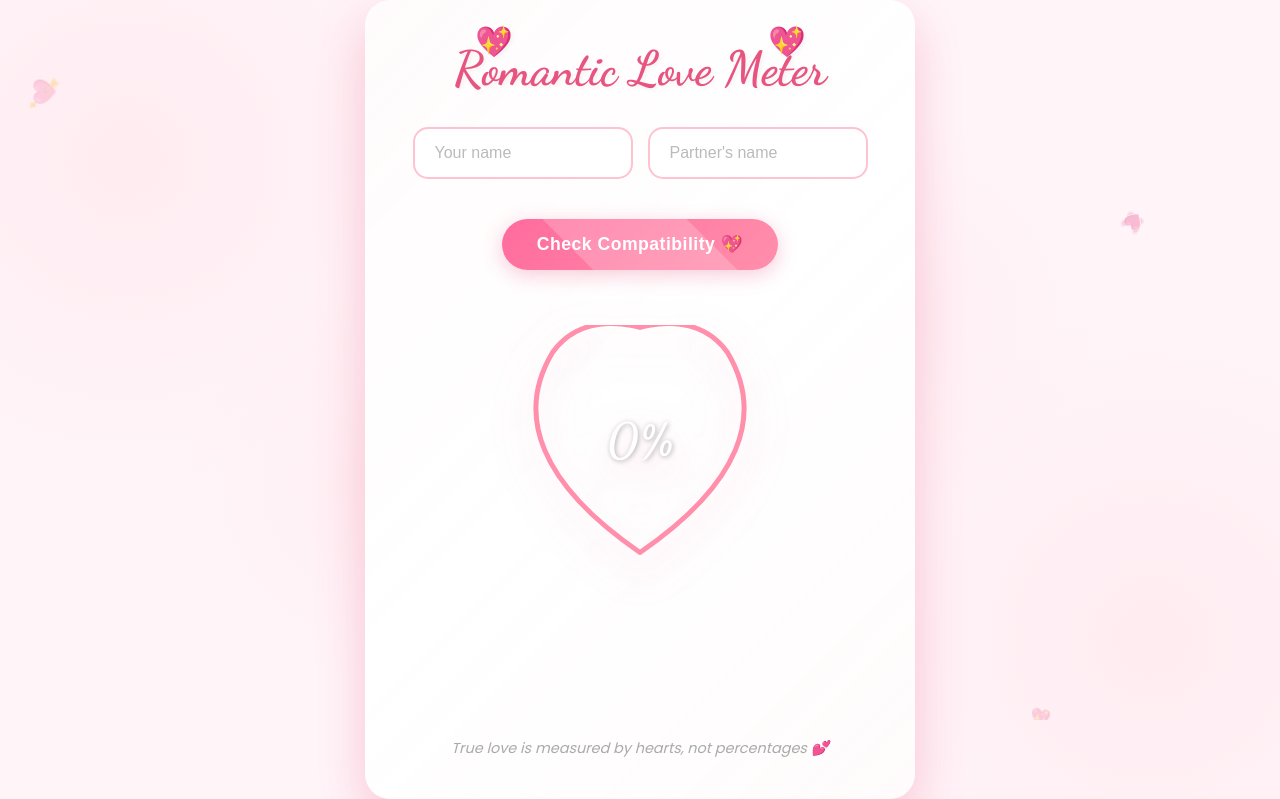
Repository: zhr-nabila/cek-jodoh
Page: cek.html
An editor plug-in stored every save of this project. The page is shown before and after the next save, followed by the edit.
The browser window is 1280 px wide. The pictures show the whole page.

Above is the page before, as saved 2025-06-10 00:19:23.

### cek.html
<!DOCTYPE html>
<html lang="en">
<head>
  <meta charset="UTF-8" />
  <meta name="viewport" content="width=device-width, initial-scale=1.0"/>
  <title>Romantic Love Meter</title>
  <link rel="stylesheet" href="https://cdnjs.cloudflare.com/ajax/libs/animate.css/4.1.1/animate.min.css"/>
  <style>
    @import url('https://fonts.googleapis.com/css2?family=Dancing+Script:wght@700&family=Poppins:wght@300;400;500;600&display=swap');

    :root {
      --pink-dark: #e75480;
      --pink-medium: #ff6b9d;
      --pink-light: #ff8fab;
      --pink-soft: #ffc2d1;
      --pink-pale: #fff5f9;
      --shadow-pink: rgba(231, 84, 128, 0.3);
    }

    * {
      box-sizing: border-box;
      margin: 0;
      padding: 0;
    }

    body {
      background-color: var(--pink-pale);
      font-family: 'Poppins', sans-serif;
      text-align: center;
      padding: 0;
      margin: 0;
      min-height: 100vh;
      display: flex;
      justify-content: center;
      align-items: center;
      background-image:
        radial-gradient(circle at 10% 20%, rgba(255, 182, 193, 0.15) 0%, transparent 25%),
        radial-gradient(circle at 90% 80%, rgba(255, 182, 193, 0.15) 0%, transparent 25%),
        radial-gradient(circle at 30% 60%, rgba(255, 182, 193, 0.1) 0%, transparent 20%),
        radial-gradient(circle at 70% 40%, rgba(255, 182, 193, 0.1) 0%, transparent 20%);
      overflow-x: hidden;
    }

    .container {
      background: white;
      border-radius: 25px;
      padding: 40px;
      box-shadow: 0 20px 50px var(--shadow-pink);
      width: 95%;
      max-width: 550px;
      position: relative;
      overflow: hidden;
      transition: transform 0.3s ease;
      z-index: 1;
    }

    .container::before {
      content: '';
      position: absolute;
      top: -10px;
      left: -10px;
      right: -10px;
      bottom: -10px;
      background: linear-gradient(135deg, rgba(255,192,203,0.1) 0%, rgba(255,255,255,0) 50%, rgba(255,192,203,0.1) 100%);
      border-radius: 30px;
      z-index: -1;
      animation: shine 8s infinite;
    }

    @keyframes shine {
      0%, 100% { opacity: 0.3; }
      50% { opacity: 0.8; }
    }

    h1 {
      color: var(--pink-dark);
      font-size: 3rem;
      margin-bottom: 30px;
      font-family: 'Dancing Script', cursive;
      text-shadow: 2px 2px 4px rgba(0,0,0,0.05);
      position: relative;
      animation: fadeInDown 1s ease;
    }

    h1::after, h1::before {
      content: '💖';
      position: absolute;
      font-size: 1.8rem;
      animation: heartbeat 1.5s infinite;
    }

    h1::after {
      top: -15px;
      right: 15%;
    }

    h1::before {
      top: -15px;
      left: 15%;
    }

    .input-group {
      display: flex;
      gap: 15px;
      margin-bottom: 25px;
      justify-content: center;
      animation: fadeIn 1s ease 0.2s both;
    }

    input {
      padding: 15px 20px;
      font-size: 1rem;
      border-radius: 15px;
      border: 2px solid var(--pink-soft);
      width: 100%;
      max-width: 220px;
      transition: all 0.3s;
      background-color: rgba(255,255,255,0.9);
      color: #555;
      font-weight: 500;
    }

    input::placeholder {
      color: #bbb;
      font-weight: 400;
    }

    input:focus {
      outline: none;
      border-color: var(--pink-medium);
      box-shadow: 0 0 0 4px rgba(255,107,157,0.2);
      transform: translateY(-2px);
    }

    button {
      padding: 15px 35px;
      background: linear-gradient(135deg, var(--pink-medium) 0%, var(--pink-light) 100%);
      border: none;
      border-radius: 50px;
      color: white;
      font-size: 1.1rem;
      font-weight: 600;
      cursor: pointer;
      transition: all 0.3s;
      box-shadow: 0 5px 20px var(--shadow-pink);
      margin: 15px 0 25px;
      position: relative;
      overflow: hidden;
      animation: fadeIn 1s ease 0.4s both;
      letter-spacing: 0.5px;
    }

    button:hover {
      transform: translateY(-5px);
      box-shadow: 0 10px 25px rgba(231, 84, 128, 0.5);
      background: linear-gradient(135deg, var(--pink-dark) 0%, var(--pink-medium) 100%);
    }

    button:active {
      transform: translateY(1px);
    }

    button::after {
      content: '';
      position: absolute;
      top: -50%;
      left: -50%;
      width: 200%;
      height: 200%;
      background: rgba(255,255,255,0.2);
      transform: rotate(45deg);
      transition: all 0.7s;
    }

    button:hover::after {
      left: 100%;
    }

    .love-meter-container {
      perspective: 1000px;
      margin: 30px auto;
      animation: fadeIn 1s ease 0.6s both;
    }

    .love-meter {
      position: relative;
      width: 250px;
      height: 230px;
      margin: 0 auto;
      filter: drop-shadow(0 15px 20px rgba(231, 84, 128, 0.25));
      transform-style: preserve-3d;
      transition: transform 0.5s ease;
    }

    .love-meter:hover {
      transform: rotateY(10deg) rotateX(5deg);
    }

    .heart-svg {
      width: 100%;
      height: 100%;
    }

    .love-fill {
      fill: url(#gradientFill);
      transition: y 1.5s cubic-bezier(0.68, -0.55, 0.27, 1.55),
                 height 1.5s cubic-bezier(0.68, -0.55, 0.27, 1.55);
    }

    .percentage {
      position: absolute;
      top: 50%;
      left: 50%;
      transform: translate(-50%, -50%);
      font-size: 3rem;
      font-weight: bold;
      color: white;
      text-shadow: 1px 1px 5px rgba(0,0,0,0.3);
      font-family: 'Dancing Script', cursive;
      transition: all 0.3s;
    }

    .message {
      font-size: 1.3rem;
      margin: 20px 0;
      color: var(--pink-dark);
      min-height: 60px;
      padding: 0 20px;
      line-height: 1.5;
      opacity: 0;
      transform: translateY(10px);
      transition: all 0.5s ease-out 0.5s;
      font-weight: 500;
    }

    .message.show {
      opacity: 1;
      transform: translateY(0);
    }

    .couple-names {
      display: flex;
      justify-content: center;
      align-items: center;
      gap: 15px;
      font-size: 1.5rem;
      color: var(--pink-dark);
      font-weight: 600;
      margin-bottom: 15px;
      opacity: 0;
      transform: scale(0.9);
      transition: all 0.5s ease-out 0.3s;
    }

    .couple-names.show {
      opacity: 1;
      transform: scale(1);
    }

    .heart-icon {
      color: var(--pink-medium);
      font-size: 1.8rem;
      animation: heartbeat 1.5s infinite;
      display: inline-block;
      transform-origin: center;
    }

    @keyframes heartbeat {
      0% { transform: scale(1); }
      25% { transform: scale(1.1); }
      50% { transform: scale(1); }
      75% { transform: scale(1.1); }
      100% { transform: scale(1); }
    }

    .floating-hearts {
      position: fixed;
      width: 100%;
      height: 100%;
      top: 0;
      left: 0;
      pointer-events: none;
      z-index: -1;
      overflow: hidden;
    }

    .floating-heart {
      position: absolute;
      font-size: 1rem;
      color: var(--pink-light);
      opacity: 0;
      animation: float-up 4s linear forwards;
      z-index: -1;
    }

    @keyframes float-up {
      0% {
        transform: translateY(100vh) rotate(0deg) scale(0.5);
        opacity: 0;
      }
      10% { opacity: 0.8; }
      100% {
        transform: translateY(-20vh) rotate(360deg) scale(1.2);
        opacity: 0;
      }
    }

    .sparkle {
      position: absolute;
      width: 5px;
      height: 5px;
      background-color: #fff;
      border-radius: 50%;
      pointer-events: none;
      opacity: 0;
      animation: sparkle 1s forwards;
    }

    @keyframes sparkle {
      0% {
        transform: scale(0);
        opacity: 0;
      }
      50% {
        opacity: 0.8;
      }
      100% {
        transform: scale(2);
        opacity: 0;
      }
    }

    .ripple {
      position: absolute;
      border-radius: 50%;
      background-color: rgba(255, 255, 255, 0.6);
      transform: scale(0);
      pointer-events: none;
      animation: ripple 1s ease-out;
    }

    @keyframes ripple {
      to {
        transform: scale(4);
        opacity: 0;
      }
    }

    .confetti {
      position: absolute;
      width: 10px;
      height: 10px;
      background-color: var(--pink-light);
      opacity: 0;
      animation: confetti-fall 3s linear forwards;
    }

    @keyframes confetti-fall {
      0% {
        transform: translateY(-100vh) rotate(0deg);
        opacity: 1;
      }
      100% {
        transform: translateY(100vh) rotate(360deg);
        opacity: 0;
      }
    }

    .footer-note {
      margin-top: 30px;
      font-size: 0.9rem;
      color: #aaa;
      font-style: italic;
      animation: fadeIn 1s ease 0.8s both;
    }

    @media (max-width: 600px) {
      .container {
        padding: 30px 20px;
        width: 95%;
      }

      h1 {
        font-size: 2.5rem;
      }

      h1::after, h1::before {
        font-size: 1.5rem;
      }

      .input-group {
        flex-direction: column;
        align-items: center;
        gap: 15px;
      }

      input {
        max-width: 100%;
        padding: 12px 15px;
      }

      .love-meter {
        width: 200px;
        height: 180px;
      }

      .percentage {
        font-size: 2.5rem;
      }

      button {
        padding: 12px 25px;
        font-size: 1rem;
      }

      .couple-names {
        font-size: 1.3rem;
      }

      .message {
        font-size: 1.1rem;
      }
    }

    /* Animations */
    @keyframes fadeIn {
      from { opacity: 0; }
      to { opacity: 1; }
    }

    @keyframes fadeInDown {
      from {
        opacity: 0;
        transform: translateY(-20px);
      }
      to {
        opacity: 1;
        transform: translateY(0);
      }
    }

    @keyframes bounceIn {
      from {
        opacity: 0;
        transform: scale(0.5);
      }
      to {
        opacity: 1;
        transform: scale(1);
      }
    }
  </style>
</head>
<body>
  <div class="container">
    <h1 class="animate__animated animate__fadeInDown">Romantic Love Meter</h1>

    <div class="input-group">
      <input type="text" id="name1" placeholder="Your name" class="animate__animated animate__fadeIn" />
      <input type="text" id="name2" placeholder="Partner's name" class="animate__animated animate__fadeIn" />
    </div>

    <button onclick="calculate()" class="animate__animated animate__fadeIn">Check Compatibility 💖</button>

    <div class="love-meter-container">
      <div class="love-meter">
        <svg viewBox="0 0 200 180" class="heart-svg">
          <defs>
            <clipPath id="heartClip">
              <path d="M100 180C20 125 0 70 30 20C55-15 100 0 100 0S145-15 170 20C200 70 180 125 100 180Z"/>
            </clipPath>
            <linearGradient id="gradientFill" x1="0" y1="1" x2="0" y2="0">
              <stop offset="0%" stop-color="#e75480"/>
              <stop offset="50%" stop-color="#ff6b9d"/>
              <stop offset="100%" stop-color="#ff8fab"/>
            </linearGradient>
          </defs>
          <rect class="love-fill" x="0" y="180" width="200" height="0" clip-path="url(#heartClip)" />
          <path d="M100 180C20 125 0 70 30 20C55-15 100 0 100 0S145-15 170 20C200 70 180 125 100 180Z"
                fill="none" stroke="#ff8fab" stroke-width="4" stroke-linejoin="round"/>
        </svg>
        <div class="percentage">0%</div>
      </div>
    </div>

    <div class="couple-names" id="couple-names">
      <span id="name1-output">You</span>
      <span class="heart-icon">❤️</span>
      <span id="name2-output">Partner</span>
    </div>

    <div class="message" id="message"></div>

    <div class="footer-note">True love is measured by hearts, not percentages 💕</div>
  </div>

  <div class="floating-hearts" id="floating-hearts"></div>

  <script>
    function calculateLove(name1, name2) {
      let score = 0;
      const combined = (name1 + name2).toLowerCase();

      // Calculate based on letters
      for (let char of combined) {
        score += char.charCodeAt(0);
      }

      // Add some randomness to make it fun
      const randomFactor = Math.floor(Math.random() * 11); // 0-10

      // Base score between 40-100 with random factor
      return Math.min(40 + (score % 61) + randomFactor, 100);
    }

    function getMessage(score) {
      if (score >= 95) return "Soulmates! Your love is written in the stars ✨💫";
      if (score >= 90) return "Eternal love! Your bond is unbreakable 💖";
      if (score >= 80) return "Perfect match! You're meant to be together 😍";
      if (score >= 70) return "Amazing chemistry! Your love shines bright 🌟";
      if (score >= 60) return "Great potential! Keep nurturing your love ❤️";
      if (score >= 50) return "Good connection! Love will grow with care 🌱";
      if (score >= 40) return "Friendship first! Love may blossom later 😊";
      return "Interesting match! Every love story is unique 💞";
    }

    function createHearts(count = 5) {
      const container = document.getElementById('floating-hearts');
      const heartIcons = ['❤️', '💖', '💗', '💓', '💘', '💝'];

      for (let i = 0; i < count; i++) {
        const heart = document.createElement('div');
        heart.classList.add('floating-heart');
        heart.innerHTML = heartIcons[Math.floor(Math.random() * heartIcons.length)];
        heart.style.left = Math.random() * 100 + 'vw';
        heart.style.animationDuration = Math.random() * 3 + 3 + 's';
        heart.style.fontSize = Math.random() * 20 + 15 + 'px';
        heart.style.animationDelay = Math.random() * 2 + 's';
        container.appendChild(heart);

        setTimeout(() => {
          heart.remove();
        }, 5000);
      }
    }

    function createSparkles(x, y) {
      for (let i = 0; i < 10; i++) {
        const sparkle = document.createElement('div');
        sparkle.classList.add('sparkle');
        sparkle.style.left = x + 'px';
        sparkle.style.top = y + 'px';
        sparkle.style.animationDelay = i * 0.1 + 's';
        document.body.appendChild(sparkle);

        setTimeout(() => {
          sparkle.remove();
        }, 1000);
      }
    }

    function createRipple(x, y) {
      const ripple = document.createElement('div');
      ripple.classList.add('ripple');
      ripple.style.left = x + 'px';
      ripple.style.top = y + 'px';
      document.body.appendChild(ripple);

      setTimeout(() => {
        ripple.remove();
      }, 1000);
    }

    function createConfetti() {
      const colors = ['#ff6b9d', '#ff8fab', '#ffc2d1', '#e75480', '#ffb6c1'];
      const container = document.getElementById('floating-hearts');

      for (let i = 0; i < 50; i++) {
        const confetti = document.createElement('div');
        confetti.classList.add('confetti');
        confetti.style.left = Math.random() * 100 + 'vw';
        confetti.style.backgroundColor = colors[Math.floor(Math.random() * colors.length)];
        confetti.style.width = Math.random() * 10 + 5 + 'px';
        confetti.style.height = Math.random() * 10 + 5 + 'px';
        confetti.style.animationDuration = Math.random() * 2 + 2 + 's';
        container.appendChild(confetti);

        setTimeout(() => {
          confetti.remove();
        }, 3000);
      }
    }

    function animateHeartBeat() {
      const heartIcon = document.querySelector('.heart-icon');
      heartIcon.style.animation = 'none';
      void heartIcon.offsetWidth; // Trigger reflow
      heartIcon.style.animation = 'heartbeat 0.6s ease 3';
    }

    function calculate() {
      const name1 = document.getElementById("name1").value.trim();
      const name2 = document.getElementById("name2").value.trim();
      const loveFill = document.querySelector(".love-fill");
      const percentage = document.querySelector(".percentage");
      const message = document.getElementById("message");
      const name1Output = document.getElementById("name1-output");
      const name2Output = document.getElementById("name2-output");
      const coupleNames = document.getElementById("couple-names");
      const container = document.querySelector(".container");

      if (!name1 || !name2) {
        alert("Please enter both names to measure your love!");
        return;
      }

      // Add click animation
      container.classList.add('animate__animated', 'animate__pulse');
      setTimeout(() => {
        container.classList.remove('animate__animated', 'animate__pulse');
      }, 1000);

      // Update names
      name1Output.textContent = name1 || "You";
      name2Output.textContent = name2 || "Partner";

      // Reset display
      loveFill.setAttribute("y", 180);
      loveFill.setAttribute("height", 0);
      percentage.textContent = "0%";
      message.textContent = "";
      message.classList.remove("show");
      coupleNames.classList.remove("show");

      // Calculate
      const percent = calculateLove(name1, name2);
      const maxHeight = 180;
      const fillHeight = (percent / 100) * maxHeight;

      // Animate after short delay
      setTimeout(() => {
        loveFill.setAttribute("y", maxHeight - fillHeight);
        loveFill.setAttribute("height", fillHeight);

        let current = 0;
        const timer = setInterval(() => {
          current++;
          percentage.textContent = current + "%";

          // Add heartbeat effect when reaching certain percentages
          if (current === 50 || current === 75 || current === percent) {
            animateHeartBeat();
          }

          if (current >= percent) {
            clearInterval(timer);
            message.textContent = getMessage(percent);
            message.classList.add("show");
            coupleNames.classList.add("show");

            // Create celebration effects based on score
            if (percent >= 80) {
              createConfetti();
              for (let i = 0; i < 20; i++) {
                setTimeout(() => {
                  createHearts(5);
                }, i * 100);
              }
            } else if (percent >= 60) {
              for (let i = 0; i < 15; i++) {
                setTimeout(() => {
                  createHearts(3);
                }, i * 150);
              }
            } else {
              for (let i = 0; i < 10; i++) {
                setTimeout(() => {
                  createHearts(2);
                }, i * 200);
              }
            }
          }
        }, 20);
      }, 100);
    }

    // Add sparkle effect when clicking on inputs
    document.querySelectorAll('input').forEach(input => {
      input.addEventListener('focus', (e) => {
        const rect = e.target.getBoundingClientRect();
        createSparkles(rect.left + rect.width/2, rect.top + rect.height/2);
      });
    });

    // Add ripple effect when clicking the button
    document.querySelector('button').addEventListener('click', (e) => {
      const rect = e.target.getBoundingClientRect();
      createRipple(rect.left + rect.width/2, rect.top + rect.height/2);
    });

    // Also check when pressing Enter
    document.addEventListener('keypress', function(e) {
      if (e.key === 'Enter') {
        calculate();
      }
    });

    // Initial floating hearts
    for (let i = 0; i < 8; i++) {
      setTimeout(() => {
        createHearts(1);
      }, i * 800);
    }
  </script>
</body>
</html>

After the next save:
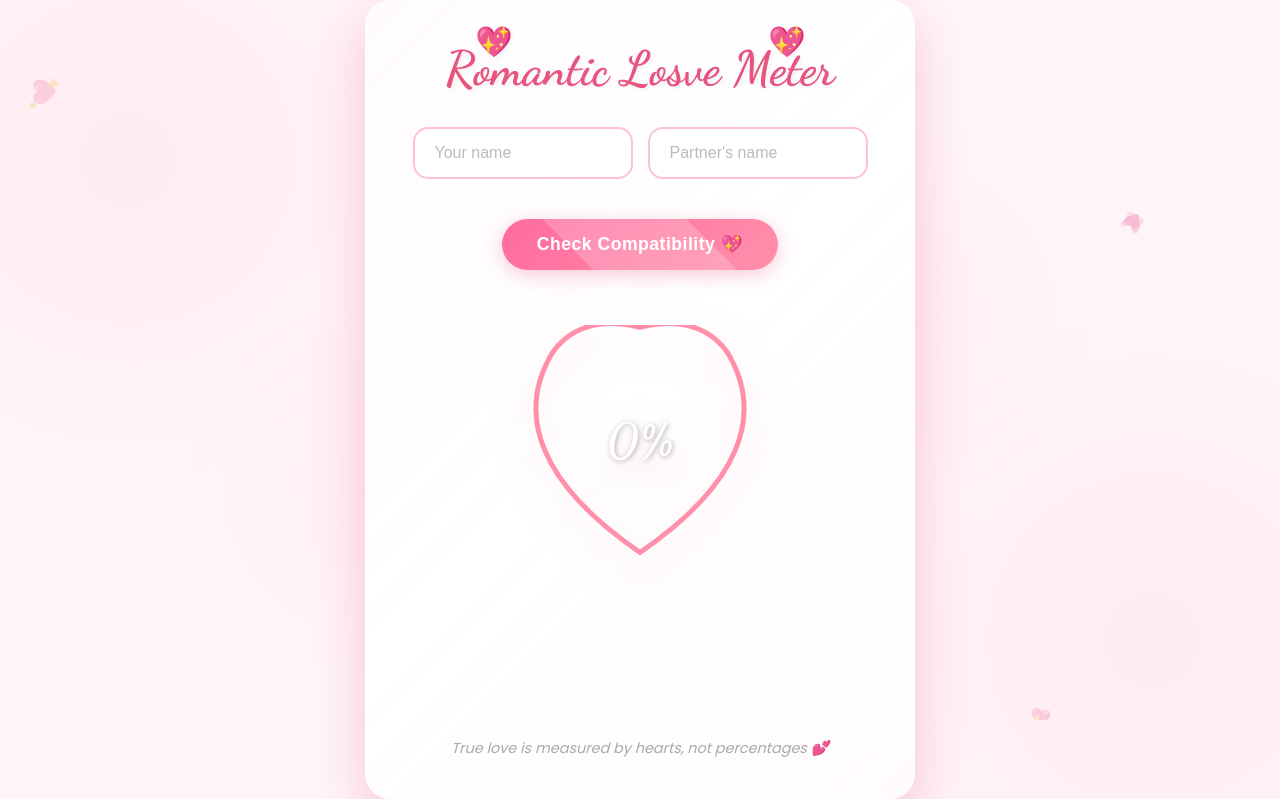
Saved 16 s later.
--- a/cek.html
+++ b/cek.html
@@ -453,7 +453,7 @@
 </head>
 <body>
   <div class="container">
-    <h1 class="animate__animated animate__fadeInDown">Romantic Love Meter</h1>
+    <h1 class="animate__animated animate__fadeInDown">Romantic Losve Meter</h1>
 
     <div class="input-group">
       <input type="text" id="name1" placeholder="Your name" class="animate__animated animate__fadeIn" />

After the save that followed:
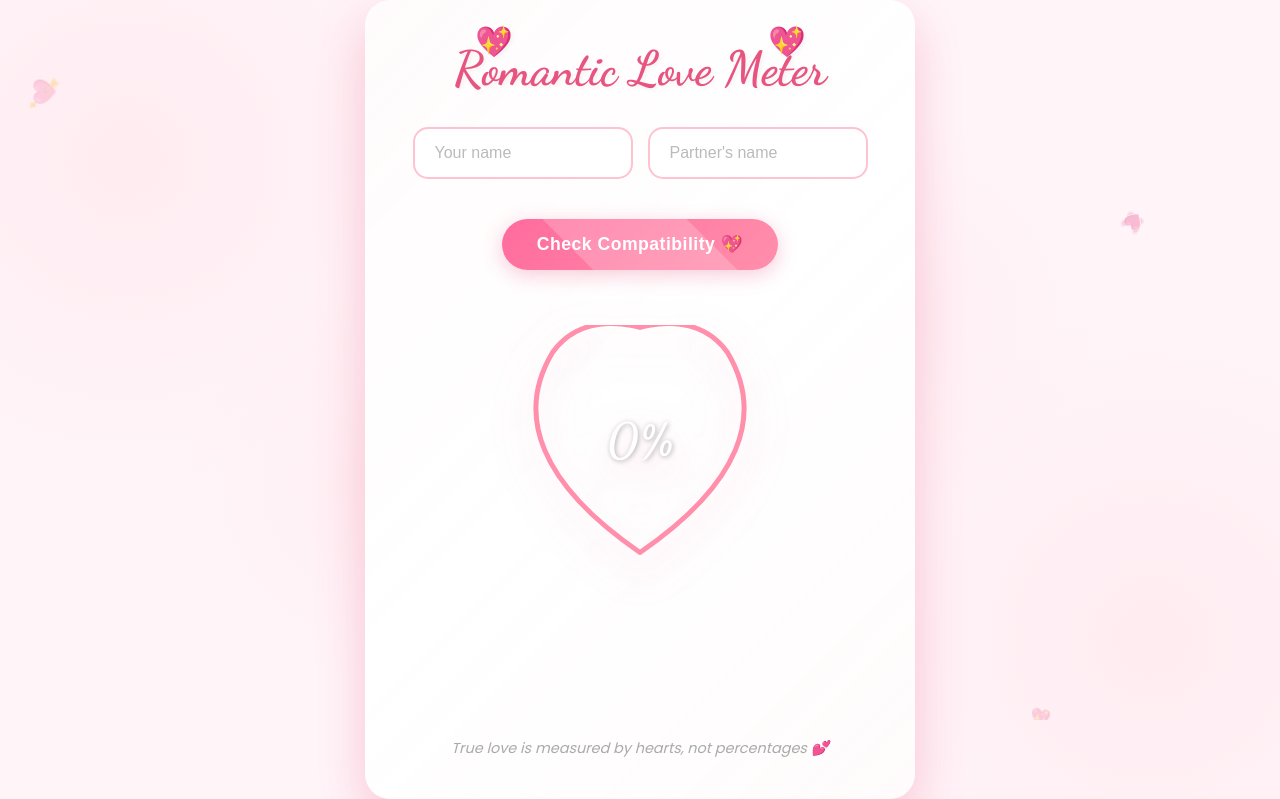
Saved 6 s later.
--- a/cek.html
+++ b/cek.html
@@ -453,7 +453,7 @@
 </head>
 <body>
   <div class="container">
-    <h1 class="animate__animated animate__fadeInDown">Romantic Losve Meter</h1>
+    <h1 class="animate__animated animate__fadeInDown">Romantic Love Meter</h1>
 
     <div class="input-group">
       <input type="text" id="name1" placeholder="Your name" class="animate__animated animate__fadeIn" />
